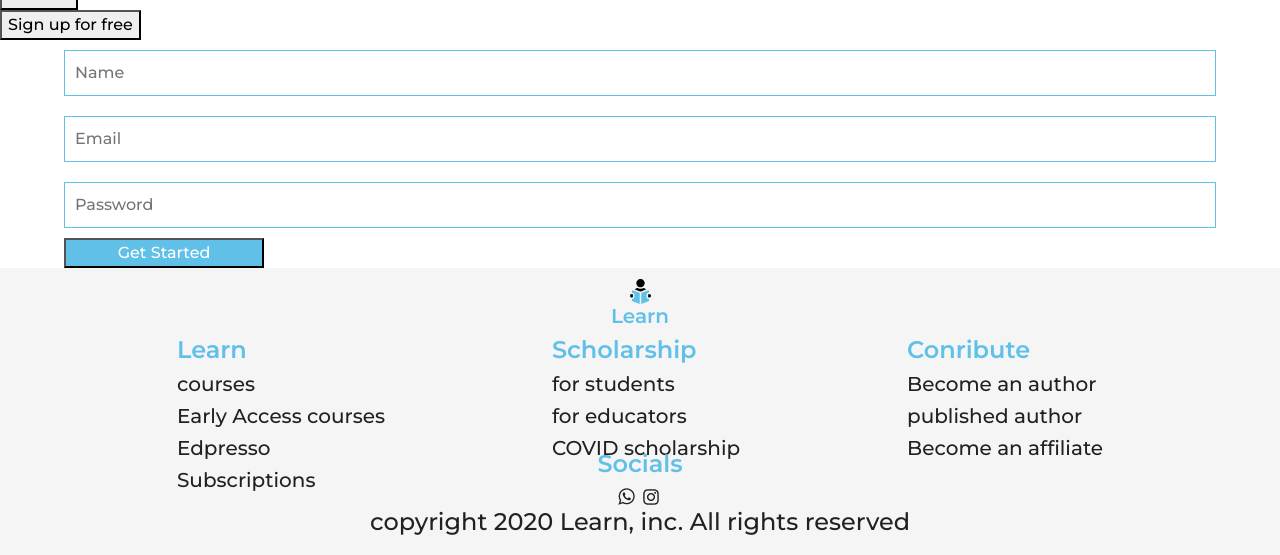
Repository: TiaraOluwanimi/team5
Page: tutor.html
An editor plug-in stored every save of this project. The page is shown before and after the next save, followed by the edit.
The browser window is 1280 px wide. The pictures show the part of the page from y = 2326 to 2899 px (the page is 2881 px tall before and 2899 px after).
A picture or video elsewhere on the page could not be fetched, so the positions and the page height are approximate. Some web libraries are served in a nearby version.

Above is the page before, as saved 2020-08-08 11:07:43.

After the next save:
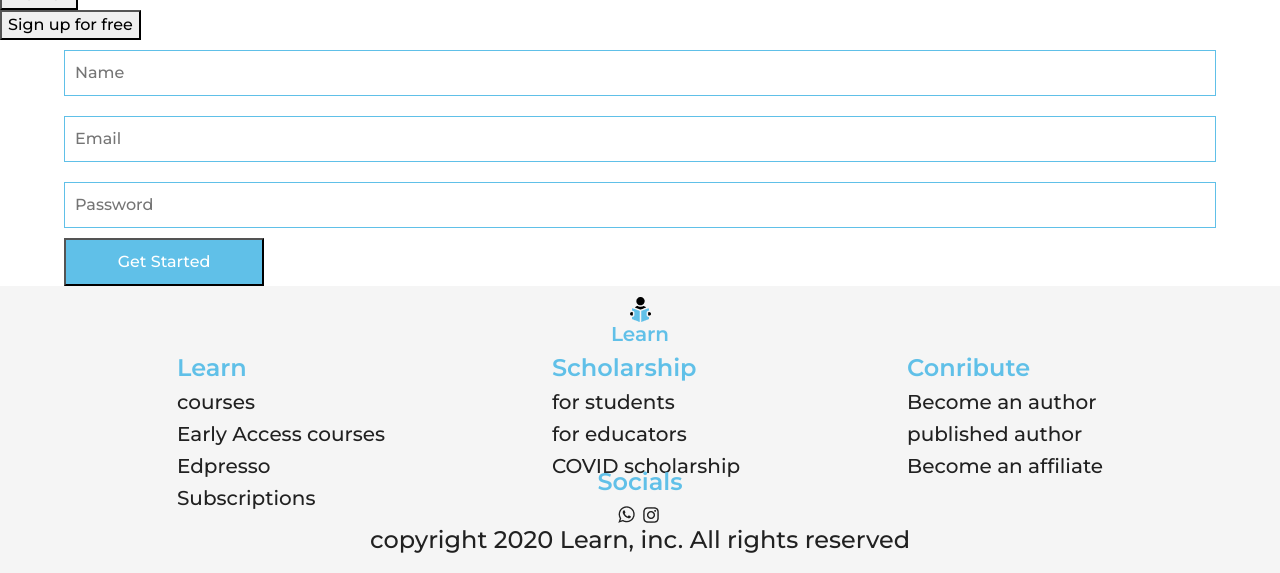
Saved 6 s later.
--- a/assets/css/testimonial.css
+++ b/assets/css/testimonial.css
@@ -41,5 +41,5 @@ form button{
     margin: 0 auto;
     background: #60C0E8;
     color:#fff;
-    padding:
+    padding:10px;
 }
